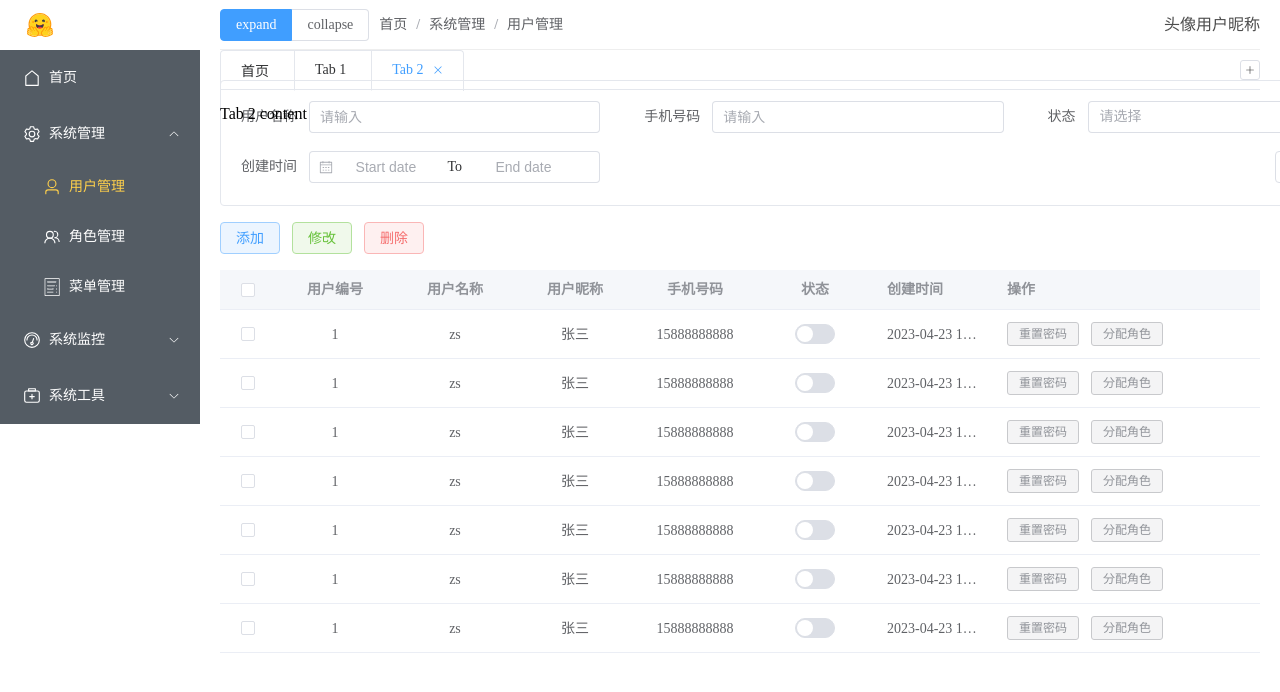
Repository: 202100202078/SignInBox
Page: /admin/system/user
An editor plug-in stored every save of this project. The page is shown before and after the next save, followed by the edit.
The browser window is 1280 px wide. The pictures show the whole page.
The project was rebuilt for these pictures with package versions that can differ from the ones it lists, and the page was loaded fresh each time. Also part of the build but not shown: vite.config.js, src/components/PageFooter.vue, src/components/TableLayout.vue, src/components/ToolTip.vue, src/assets/fonts/iconfont/iconfont.js, src/assets/style/variables.module.scss.

Above is the page before, as saved 2024-01-29 18:38:33.

### src/main.js
import { createApp } from 'vue'
import '@/assets/style/base.scss'
import pinia from '@/stores/index'
import App from './App.vue'
import router from './router'
import ElementPlus from 'element-plus'
import 'element-plus/dist/index.css'
import '@/assets/fonts/iconfont/iconfont.css'
import '@/assets/fonts/iconfont/iconfont.js'
import * as ElementPlusIconsVue from '@element-plus/icons-vue'

const app = createApp(App)
for (const [key, component] of Object.entries(ElementPlusIconsVue)) {
  app.component(key, component)
}
app.use(ElementPlus)
app.use(pinia)
app.use(router)

app.mount('#app')

### src/components/FilterLayout.vue
<script setup>
defineProps({
  label1: String,
  label2: String,
  defaultShow1: {
    type: Boolean,
    default: true
  },
  defaultShow2: {
    type: Boolean,
    default: true
  },
  isShow: Boolean,
  showCollapse: Boolean
})
const emit = defineEmits(['reset', 'query', 'trigger'])
//暴露重置方法和查询方法以及展开
const reset = () => {
  //获取form对象重置数据即可
  //通知父级reset数据
  emit('reset')
}
const query = () => {
  //通知父级进行筛选数据
  emit('query')
}
const trigger = () => {
  //通知父级进行表单的展示/隐藏
  emit('trigger')
}
// defineExpose({
//   reset,
//   query,
//   trigger
// })
</script>

<template>
  <div class="filter-card">
    <el-card shadow="never" :body-style="{ 'padding-bottom': '4px' }">
      <el-form :inline="true">
        <el-form-item :label="label1" v-if="defaultShow1">
          <el-input placeholder="请输入"></el-input>
        </el-form-item>
        <el-form-item :label="label2" v-if="defaultShow2">
          <el-input placeholder="请输入"></el-input>
        </el-form-item>
        <slot></slot>
        <el-form-item class="btns">
          <el-button @click="reset">重置</el-button>
          <el-button type="primary" @click="query">查询</el-button>
          <span class="trigger" @click="trigger" v-if="showCollapse"
            >展开
            <span
              :class="{
                iconfont: true,
                'icon-xiala': !isShow,
                'icon-shouqi': isShow
              }"
            ></span
          ></span>
        </el-form-item>
      </el-form>
    </el-card>
  </div>
</template>

<style lang="scss" scoped>
.filter-card {
  margin-bottom: 16px;
  width: 1240px;
  .el-form {
    display: flex;
    justify-content: space-between;
    align-items: center;
    flex-wrap: wrap;
    .el-form-item {
      width: 30%;
      .el-select {
        width: 100%;
      }
    }
    .btns {
      :deep .el-form-item__content {
        display: flex;
        justify-content: flex-end;
        .trigger {
          margin-left: 12px;
          color: #409eff;
          cursor: pointer;
          transition: all 0.3s;
          &:hover {
            color: #79bbff;
          }
        }
      }
    }
  }
}
</style>

### src/assets/style/base.scss
* {
  margin: 0px;
  padding: 0px;
  box-sizing: border-box;
}

.icon {
  width: 1em;
  height: 1em;
  vertical-align: -0.15em;
  fill: currentColor;
  overflow: hidden;
}

.el-menu {
  border:0!important;
}

ul {
  list-style:none;
}

li {
  list-style-type:none;
}

a {
	text-decoration: none; /* 去除默认的下划线 */
	outline: none;	/* 去除旧版浏览器的点击后的外虚线框 */
	color: #000;	/* 去除默认的颜色和点击后变化的颜色 */
}

// 阿里字体图标设置
.icon, .iconfont {
  font-family:"iconfont" !important;
  font-size:16px;
  font-style:normal;
  -webkit-font-smoothing: antialiased;
  -webkit-text-stroke-width: 0.2px;
  -moz-osx-font-smoothing: grayscale;
}

### src/stores/index.js
//将pinia相关代码整合至此
import { createPinia } from 'pinia'
import persist from 'pinia-plugin-persistedstate'

const pinia = createPinia()
pinia.use(persist)

export default pinia

export * from './modules/user'

### src/assets/fonts/iconfont/iconfont.css
@font-face {
  font-family: "iconfont"; /* Project id 4345534 */
  src: url('iconfont.woff2?t=1703642635456') format('woff2'),
       url('iconfont.woff?t=1703642635456') format('woff'),
       url('iconfont.ttf?t=1703642635456') format('truetype');
}

.iconfont {
  font-family: "iconfont" !important;
  font-size: 16px;
  font-style: normal;
  -webkit-font-smoothing: antialiased;
  -moz-osx-font-smoothing: grayscale;
}

.icon-yunyingbaobiao:before {
  content: "\e620";
}

.icon-jiekou1:before {
  content: "\e694";
}

.icon-jiaoseguanli:before {
  content: "\e618";
}

.icon-dingshirenwu:before {
  content: "\e651";
}

.icon-daimashengcheng:before {
  content: "\e636";
}

.icon-a-Icon-line-hamburger-right1x:before {
  content: "\e84c";
}

.icon-a-Icon-line-hamburger-left1x:before {
  content: "\e84d";
}

.icon-a-shujujiankong2:before {
  content: "\e628";
}

.icon-a-zaixianyonghu2:before {
  content: "\e629";
}

.icon-shouqi:before {
  content: "\e6b8";
}

.icon-xiala:before {
  content: "\e6b9";
}

.icon-gantanhao-quan:before {
  content: "\e70f";
}

.icon-yuandianxiao:before {
  content: "\e757";
}

.icon-duihao:before {
  content: "\eaf1";
}

.icon-fuzhi:before {
  content: "\ec7a";
}

.icon-shuaxin:before {
  content: "\e8b9";
}

.icon-shezhi:before {
  content: "\e642";
}

.icon-midutu:before {
  content: "\e749";
}

.icon-wodedingdan:before {
  content: "\e655";
}

.icon-admin-manage:before {
  content: "\e60e";
}

.icon-xiaolian:before {
  content: "\e8ab";
}

.icon-chongzhi:before {
  content: "\e60b";
}

.icon-jiekou:before {
  content: "\e607";
}

.icon-4_square_solid:before {
  content: "\e64d";
}

.icon-1_square_solid:before {
  content: "\e64e";
}

.icon-5_square_solid:before {
  content: "\e64c";
}

.icon-3_square_solid:before {
  content: "\e64f";
}

.icon-2_square_solid:before {
  content: "\e650";
}

### src/stores/modules/user.js
import { defineStore } from 'pinia'
import { ref } from 'vue'

export const useUserStore = defineStore(
  'interface-user',
  () => {
    //用户标识
    const token = ref('1234')
    const setToken = (t) => {
      token.value = t
    }
    return {
      token,
      setToken
    }
  },
  {
    persist: true,
    key: 'interface-token',
    paths: ['token']
  }
)

### src/views/admin/layout/SystemPage.vue
<script setup>
import variables from '@/assets/style/variables.module.scss'
import { ref } from 'vue'
import { useRouter, useRoute } from 'vue-router'
import { onMounted } from 'vue'
import { useUserStore } from '@/stores/modules/user.js'
const userStore = useUserStore()
const route = useRoute()
const router = useRouter()
const isCollapse = ref(false)

const activeIndex = ref('')
// const activeMenu = ref([])

const handleAvatarCommand = async (command) => {
  //如果是退出登录需要清除本地用户信息
  // console.log('清除本地用户信息')
  if (command === '/login') {
    await ElMessageBox.confirm('你确认退出登录吗？', '温馨提示', {
      type: 'warning',
      confirmButtonText: '确认',
      cancelButtonText: '取消'
    })
    userStore.setToken('')
    // userStore.setUser({})
    // router.push(`/login`)
  } else {
    // router.push(`/user/${command}`)
  }
  router.push(command)
}

// Tab标签相关
let tabIndex = 2
const editableTabsValue = ref('2')
const editableTabs = ref([
  {
    title: 'Tab 1',
    name: '1',
    content: 'Tab 1 content'
  },
  {
    title: 'Tab 2',
    name: '2',
    content: 'Tab 2 content'
  }
])

const handleTabsEdit = (targetName, action) => {
  if (action === 'add') {
    const newTabName = `${++tabIndex}`
    editableTabs.value.push({
      title: 'New Tab',
      name: newTabName,
      content: 'New Tab content'
    })
    editableTabsValue.value = newTabName
  } else if (action === 'remove') {
    const tabs = editableTabs.value
    let activeName = editableTabsValue.value
    if (activeName === targetName) {
      tabs.forEach((tab, index) => {
        if (tab.name === targetName) {
          const nextTab = tabs[index + 1] || tabs[index - 1]
          if (nextTab) {
            activeName = nextTab.name
          }
        }
      })
    }

    editableTabsValue.value = activeName
    editableTabs.value = tabs.filter((tab) => tab.name !== targetName)
  }
}

onMounted(() => {
  // 页面刷新使得侧边栏为当前激活路由
  activeIndex.value = route.path
})
</script>

<template>
  <div class="system-layout">
    <el-container style="height: 100%">
      <el-aside
        width="200px"
        :style="{ width: isCollapse ? '64px' : '200px' }"
        class="el-aside"
      >
        <div
          :style="{
            backgroundColor: variables.menuBackground
          }"
          class="system-layout-aside"
        >
          <div
            class="logo-show"
            :style="{
              'padding-top': isCollapse ? '16px' : '0',
              transition: '1.5s'
            }"
          >
            <a @click="$router.replace('/system')">
              <img src="@/assets/avg/logo.svg" alt="logo" class="logo" />
              <h1
                class="title"
                :style="{
                  opacity: isCollapse ? 0 : 1,
                  transition: '0.5s',
                  color: isCollapse ? '#545c64' : '#fff'
                }"
              >
                API-BOX管理系统
              </h1>
            </a>
          </div>
          <el-menu
            active-text-color="#ffd04b"
            background-color="#545c64"
            class="el-menu-vertical-demo"
            :default-active="activeIndex"
            text-color="#fff"
            @open="handleOpen"
            @close="handleClose"
            :collapse="isCollapse"
            :unique-opened="true"
            router
          >
            <el-menu-item index="/admin/index">
              <el-icon><House /></el-icon>
              <span>首页</span>
            </el-menu-item>
            <el-sub-menu index="2">
              <template #title>
                <el-icon><Setting /></el-icon>
                <span>系统管理</span>
              </template>
              <el-menu-item index="/admin/system/user">
                <el-icon><User /></el-icon>
                <span>用户管理</span>
              </el-menu-item>
              <el-menu-item index="/admin/system/role">
                <svg class="icon" aria-hidden="true">
                  <use xlink:href="#icon-jiaoseguanli"></use>
                </svg>
                <span>角色管理</span>
              </el-menu-item>
              <el-menu-item index="/admin/system/menu">
                <svg class="icon" aria-hidden="true">
                  <use xlink:href="#icon-yunyingbaobiao"></use>
                </svg>
                <span>菜单管理</span>
              </el-menu-item>
            </el-sub-menu>
            <el-sub-menu index="3">
              <template #title>
                <el-icon><Odometer /></el-icon>
                <span>系统监控</span>
              </template>
              <el-menu-item index="3-1">
                <svg class="icon" aria-hidden="true">
                  <use xlink:href="#icon-a-zaixianyonghu2"></use>
                </svg>
                <span>在线用户</span>
              </el-menu-item>
              <el-menu-item index="3-2">
                <svg class="icon" aria-hidden="true">
                  <use xlink:href="#icon-dingshirenwu"></use>
                </svg>
                <span>定时任务</span>
              </el-menu-item>
              <el-menu-item index="3-3">
                <svg class="icon" aria-hidden="true">
                  <use xlink:href="#icon-a-shujujiankong2"></use>
                </svg>
                <span>数据监控</span>
              </el-menu-item>
            </el-sub-menu>
            <el-sub-menu index="4">
              <template #title>
                <el-icon><FirstAidKit /></el-icon>
                <span>系统工具</span>
              </template>
              <el-menu-item index="4-1">
                <svg class="icon" aria-hidden="true">
                  <use xlink:href="#icon-yunyingbaobiao"></use>
                </svg>
                <span>表单构建</span>
              </el-menu-item>
              <!-- <el-menu-item index="4-2">
                <svg class="icon" aria-hidden="true">
                  <use xlink:href="#icon-daimashengcheng"></use>
                </svg>
                <span>代码生成</span>
              </el-menu-item> -->
              <el-menu-item index="4-3">
                <svg class="icon" aria-hidden="true">
                  <use xlink:href="#icon-jiekou1"></use>
                </svg>
                <span>系统接口</span>
              </el-menu-item>
            </el-sub-menu>
          </el-menu>
        </div>
      </el-aside>
      <el-container>
        <el-header>
          <div class="header-top">
            <div class="header-top-left">
              <el-radio-group v-model="isCollapse" class="collapseBtns">
                <el-radio-button :label="false">expand</el-radio-button>
                <el-radio-button :label="true">collapse</el-radio-button>
              </el-radio-group>
              <el-breadcrumb separator="/">
                <el-breadcrumb-item
                  v-for="(item, index) in $route.meta.breadInfo"
                  :key="index"
                  >{{ item }}</el-breadcrumb-item
                >
              </el-breadcrumb>
            </div>
            <div class="header-top-right">
              <el-dropdown @command="handleAvatarCommand">
                <span class="el-dropdown-link">
                  <span>头像</span>
                  <span>用户昵称</span>
                </span>
                <template #dropdown>
                  <el-dropdown-menu>
                    <el-dropdown-item command="/home/user"
                      >个人中心</el-dropdown-item
                    >
                    <el-dropdown-item command="/login"
                      >退出登录</el-dropdown-item
                    >
                  </el-dropdown-menu>
                </template>
              </el-dropdown>
            </div>
          </div>
          <div class="header-bottom">
            <el-tabs
              v-model="editableTabsValue"
              type="card"
              editable
              class="my-tabs"
              @edit="handleTabsEdit"
            >
              <el-tab-pane label="首页" :closeable="false">32444444444444</el-tab-pane>
              <el-tab-pane
                v-for="item in editableTabs"
                :key="item.name"
                :label="item.title"
                :name="item.name"
              >
                {{ item.content }}
              </el-tab-pane>
            </el-tabs>
          </div>
        </el-header>
        <el-main>
          <router-view></router-view>
        </el-main>
      </el-container>
    </el-container>
  </div>
</template>

<style lang="scss" scoped>
.system-layout {
  height: 100vh;
  .el-aside {
    transition: all 0.5s;
  }
  .system-layout-aside {
    height: 100%;
    .logo-show {
      height: 50px;
      text-align: center;
      cursor: pointer;
      .logo {
        margin-right: 4px;
        width: 28px;
        vertical-align: middle;
      }
      .title {
        display: inline-block;
        font-size: 14px;
        line-height: 50px;
        font-weight: 600;
        vertical-align: middle;
        color: #fff;
      }
    }
  }

  .header-top {
    height: 50px;
    display: flex;
    justify-content: space-between;
    align-items: center;
    border-bottom: 1px solid #eee;
    .header-top-left {
      display: flex;
      align-items: center;
      .collapseBtns {
        margin-right: 10px;
      }
    }
    .header-top-right {
      margin-left: 6px;
      display: flex;
      align-items: center;
      font-size: 16px;
      border-radius: 6px;
      height: 56px;
      line-height: 56px;
      &:hover {
        background-color: rgba(0, 0, 0, 0.1);
        color: rgba(0, 0, 0, 1);
        transition: color 0.3s;
      }
      .el-dropdown {
        :deep(:focus-visible) {
          outline: none;
        }
        .el-dropdown-link {
          cursor: pointer;
          color: rgba(0, 0, 0, 0.7);
          font-size: 16px;
          display: flex;
          align-items: center;
        }
      }
    }
  }
}
.icon {
  vertical-align: middle;
  margin-right: 5px;
  width: 24px;
  text-align: center;
  font-size: 18px;
  color: #fff;
}
</style>

### src/views/admin/system/UserManagement.vue
<script setup>
import MyDialog from './components/MyDialog.vue'
import { ref } from 'vue'

//筛选表单的显示隐藏
const isShow = ref(true)
// const params = ref({})
// 一个响应式对象存储整个筛选表单的数据(默认显示的两个item需要父子双向绑定)

const datePicker = ref('')

const status = ref('')
const statusOptions = [
  {
    value: 'Option1',
    label: '正常'
  },
  {
    value: 'Option2',
    label: '停用'
  }
]

const handleReset = () => {
  console.log('reset')
}
const handleQuery = () => {
  console.log('query')
}
const handleTrigger = () => {
  // console.log('trigger')
  isShow.value = !isShow.value
}

const tableData = [
  {
    userId: 1,
    uname: 'zs',
    nickName: '张三',
    phone: '15888888888',
    state: false,
    createDate: '2023-04-23 16:11:38'
  },
  {
    userId: 1,
    uname: 'zs',
    nickName: '张三',
    phone: '15888888888',
    state: false,
    createDate: '2023-04-23 16:11:38'
  },
  {
    userId: 1,
    uname: 'zs',
    nickName: '张三',
    phone: '15888888888',
    state: false,
    createDate: '2023-04-23 16:11:38'
  },
  {
    userId: 1,
    uname: 'zs',
    nickName: '张三',
    phone: '15888888888',
    state: false,
    createDate: '2023-04-23 16:11:38'
  },
  {
    userId: 1,
    uname: 'zs',
    nickName: '张三',
    phone: '15888888888',
    state: false,
    createDate: '2023-04-23 16:11:38'
  },
  {
    userId: 1,
    uname: 'zs',
    nickName: '张三',
    phone: '15888888888',
    state: false,
    createDate: '2023-04-23 16:11:38'
  },
  {
    userId: 1,
    uname: 'zs',
    nickName: '张三',
    phone: '15888888888',
    state: false,
    createDate: '2023-04-23 16:11:38'
  }
]

const multipleTableRef = ref()
const multipleSelection = ref([])

const handleSelectionChange = (val) => {
  multipleSelection.value = val
}

const myDialogRef = ref()
const title = ref('添加用户')

const addUserFn = () => {
  title.value = '添加用户'
  myDialogRef.value.open()
}
const editUserFn = () => {
  title.value = '修改用户'
  myDialogRef.value.open()
}
const delUserFn = () => {
  title.value = '系统提示'
  myDialogRef.value.open()
}

const form = ref({
  nickName: '',
  phone: '',
  email: '',
  uname: '',
  password: false,
  role: '',
  gender: '',
  status: '',
  desc: ''
})

const rules = {}
</script>

<template>
  <MyDialog :title="title" ref="myDialogRef">
    <template #form>
      <el-form
        :model="form"
        label-width="80px"
        label-position="left"
        :rules="rules"
      >
        <el-form-item label="用户昵称">
          <el-input v-model="form.nickName" />
        </el-form-item>
        <el-form-item label="手机号码">
          <el-input v-model="form.phone" />
        </el-form-item>
        <el-form-item label="邮箱">
          <el-input v-model="form.email" />
        </el-form-item>
        <el-form-item label="用户名称">
          <el-input v-model="form.uname" />
        </el-form-item>
        <el-form-item label="用户密码">
          <el-input v-model="form.password" type="password" />
        </el-form-item>
        <el-form-item label="用户性别">
          <el-select v-model="form.gender" placeholder="请选择性别">
            <el-option label="男" value="1" />
            <el-option label="女" value="2" />
            <el-option label="未知" value="3" />
          </el-select>
        </el-form-item>
        <el-form-item label="角色">
          <el-select v-model="form.role" placeholder="请选择角色">
            <el-option label="普通角色" value="normal" />
          </el-select>
        </el-form-item>
        <el-form-item label="状态">
          <el-radio-group v-model="form.status">
            <el-radio label="正常" />
            <el-radio label="停用" />
          </el-radio-group>
        </el-form-item>
        <el-form-item label="备注">
          <el-input
            v-model="form.desc"
            type="textarea"
            placeholder="请输入内容"
          />
        </el-form-item>
      </el-form>
    </template>
  </MyDialog>
  <!-- <button @click="test">按钮</button> -->
  <div class="user-managemant-page">
    <FilterLayout
      label1="用户名称"
      label2="手机号码"
      :isShow="isShow"
      :showCollapse="false"
      @reset="handleReset"
      @query="handleQuery"
      @trigger="handleTrigger"
    >
      <el-form-item label="状态" v-show="isShow">
        <el-select v-model="status" placeholder="请选择">
          <el-option
            v-for="item in statusOptions"
            :key="item.value"
            :label="item.label"
            :value="item.value"
          />
        </el-select>
      </el-form-item>
      <el-form-item label="创建时间" v-show="isShow">
        <el-date-picker
          v-model="datePicker"
          type="daterange"
          range-separator="To"
          start-placeholder="Start date"
          end-placeholder="End date"
          value-format="YYYY-MM-DD HH:mm:ss"
        />
      </el-form-item>
    </FilterLayout>
    <div class="user-managemant-page-btns">
      <el-button plain type="primary" @click="addUserFn">添加</el-button>
      <el-button plain type="success" @click="editUserFn">修改</el-button>
      <el-button plain type="danger" @click="delUserFn">删除</el-button>
    </div>
    <el-table
      :ref="multipleTableRef"
      :data="tableData"
      style="width: 100%"
      @selection-change="handleSelectionChange"
      :header-cell-style="{
        background: '#F5F7FA',
        color: '#909399'
      }"
    >
      <el-table-column align="center" type="selection" width="55" />
      <el-table-column
        align="center"
        property="userId"
        label="用户编号"
        width="120"
      />
      <el-table-column
        align="center"
        property="uname"
        label="用户名称"
        width="120"
      />
      <el-table-column
        align="center"
        property="nickName"
        label="用户昵称"
        width="120"
      />
      <el-table-column
        align="center"
        property="phone"
        label="手机号码"
        width="120"
      />
      <el-table-column align="center" label="状态" width="120">
        <template #default="scope">
          <el-switch v-model="scope.row.state" />
        </template>
      </el-table-column>
      <el-table-column
        property="createDate"
        label="创建时间"
        width="120"
        show-overflow-tooltip
      />
      <el-table-column label="操作" show-overflow-tooltip>
        <template #default="scope">
          <el-button size="small" type="info" plain>重置密码</el-button>
          <el-button size="small" type="info" plain>分配角色</el-button>
        </template>
      </el-table-column>
    </el-table>
  </div>
</template>

<style lang="scss" scoped>
.user-managemant-page {
  .el-form-item {
    width: 30%;
    .el-select {
      width: 100%;
    }
  }
  .user-managemant-page-btns {
    margin-bottom: 16px;
  }
}
</style>

### src/views/admin/system/components/MyDialog.vue
<script setup>
import { ref } from 'vue'
const dialogFormVisible = ref(false)

const props = defineProps({
  title: String
})

const open = () => {
  dialogFormVisible.value = true
}

const confirm = () => {
  dialogFormVisible.value = false
  console.log(props.title)
  if (props.title === '添加菜单') {
    emit('onAddConfirm')
  } else if (props.title === '编辑菜单') {
    emit('onEditConfirm')
  } else if (props.title === '添加子菜单') {
    emit('onAddChildConfirm')
  }
}

const emit = defineEmits(['onConfirm'])

defineExpose({
  open
})
</script>

<template>
  <el-dialog v-model="dialogFormVisible" :title="title" align-center>
    <slot name="form">
      <div>我是内部表单</div>
    </slot>
    <template #footer>
      <span class="dialog-footer">
        <el-button @click="dialogFormVisible = false">Cancel</el-button>
        <el-button type="primary" @click="confirm"> Confirm </el-button>
      </span>
    </template>
  </el-dialog>
</template>

Loaded but not shown: index.html (common file); src/App.vue (common file); src/router/index.js (128 lines, source omitted)

After the next save:
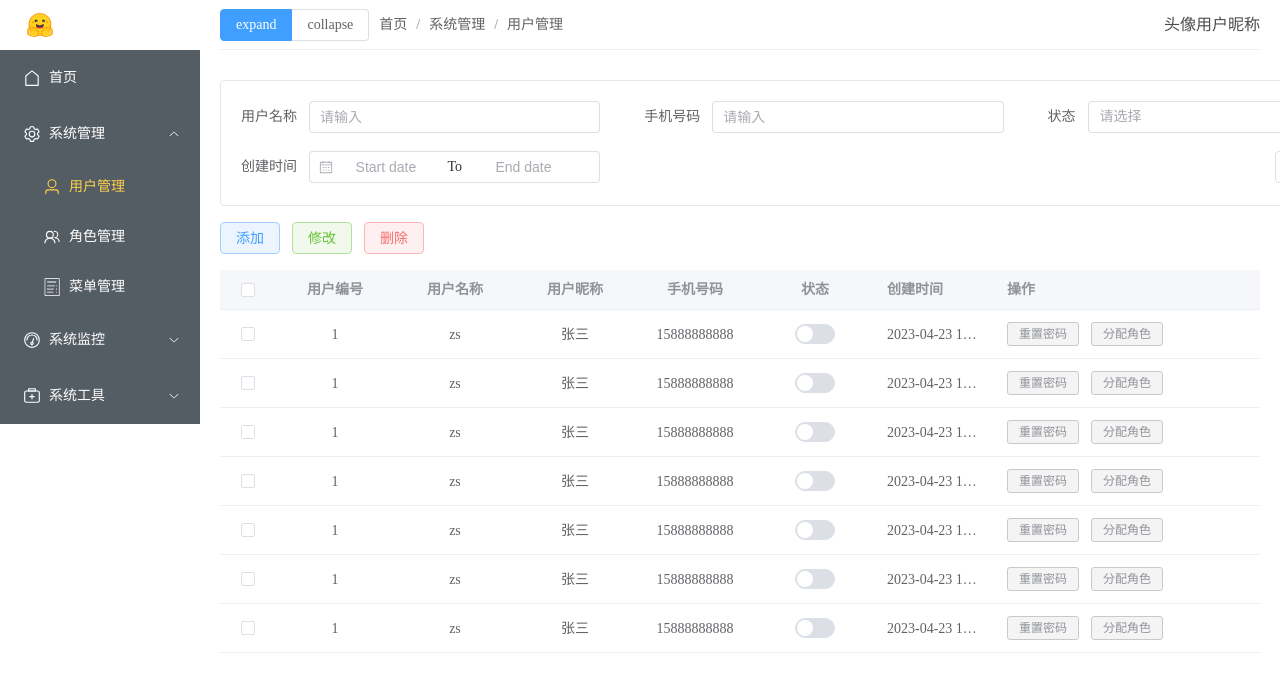
Saved 5 min 48 s later.
--- a/src/views/admin/layout/SystemPage.vue
+++ b/src/views/admin/layout/SystemPage.vue
@@ -239,7 +239,7 @@ onMounted(() => {
               </el-dropdown>
             </div>
           </div>
-          <div class="header-bottom">
+          <!-- <div class="header-bottom">
             <el-tabs
               v-model="editableTabsValue"
               type="card"
@@ -257,7 +257,7 @@ onMounted(() => {
                 {{ item.content }}
               </el-tab-pane>
             </el-tabs>
-          </div>
+          </div> -->
         </el-header>
         <el-main>
           <router-view></router-view>
